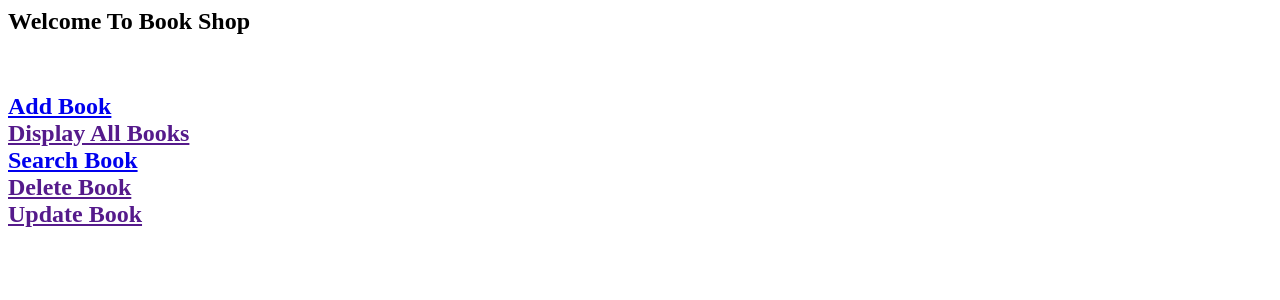
Repository: Bhakti-Belan/Web_Based_Java_Assignment
Page: http://localhost/Online_Bookshop/
These files come from the project's save history. The page is drawn as it stood at one moment and after the next save; the edit follows.
The browser window is 1280 px wide. The pictures show the whole page.
The page is served by Tomcat 10.

Above is the page before, as saved 2025-04-24 14:10:46.

After the next save:
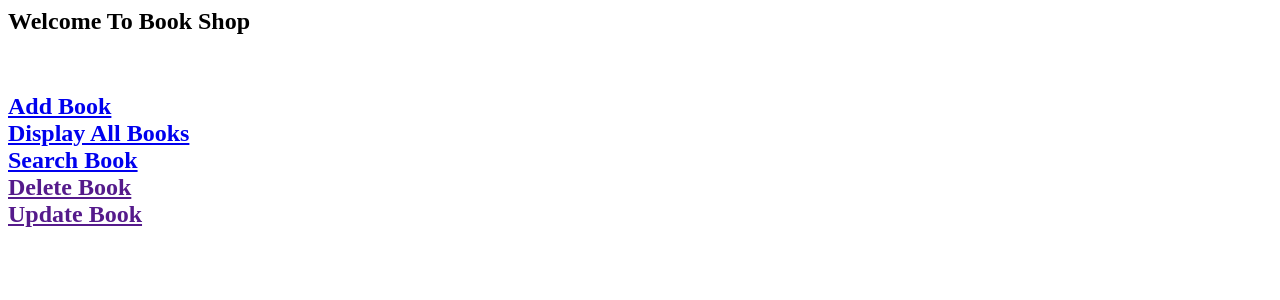
Saved 12 h 20 min later.
--- a/Online_Bookshop/src/main/webapp/index.jsp
+++ b/Online_Bookshop/src/main/webapp/index.jsp
@@ -4,7 +4,7 @@
 <br>
 <h2>
 <a href="addBook.jsp">Add Book</a><br>
-<a href="">Display All Books</a><br>
+<a href="viewAll.jsp">Display All Books</a><br>
 <a href="searchBook.jsp">Search Book</a><br>
 <a href="">Delete Book</a><br>
 <a href="">Update Book</a><br>
